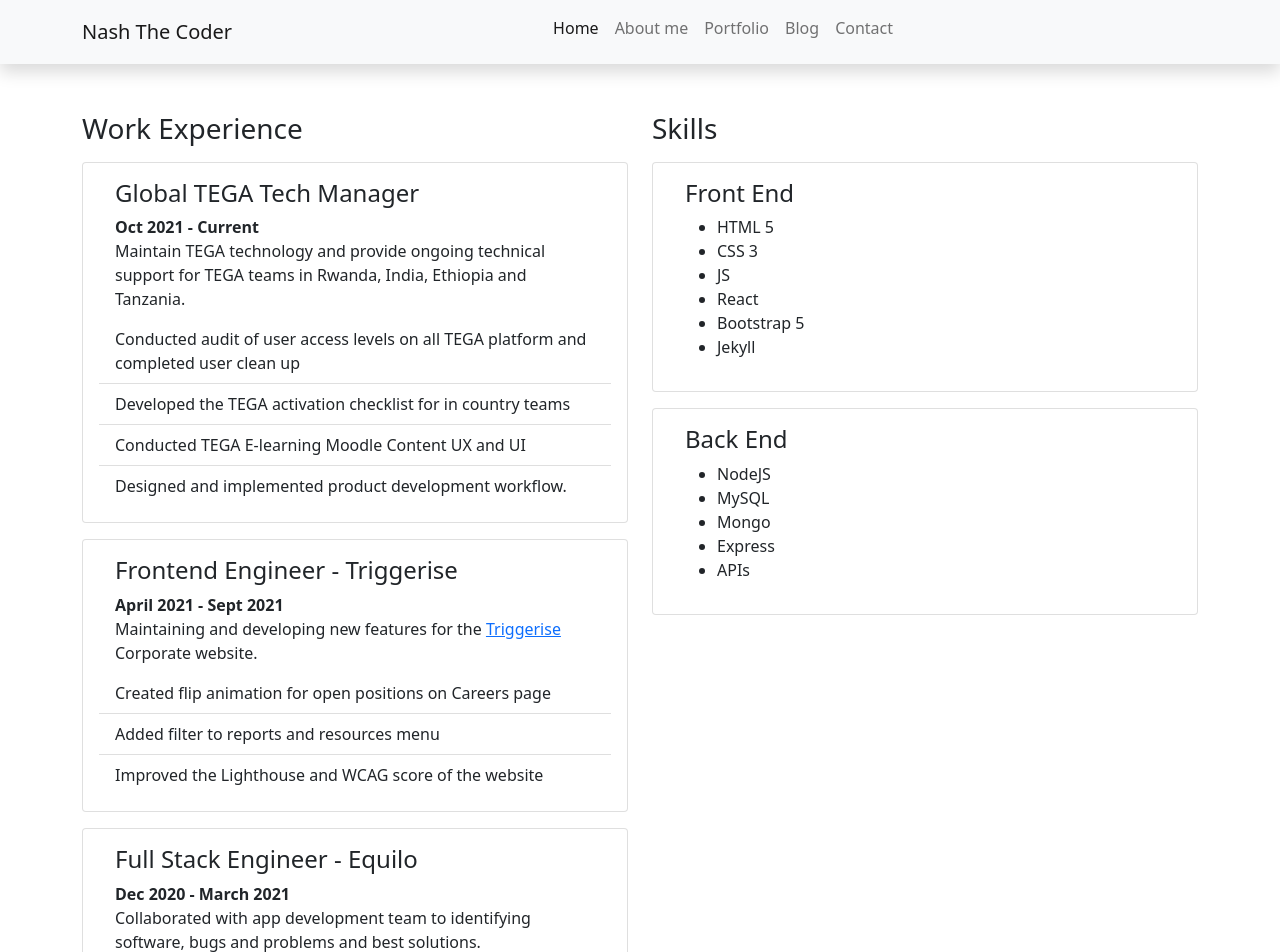
Repository: mamatechafrica/portfolio
Page: index.html
These files come from the project's save history. The page is drawn as it stood at one moment and after the next save; the edit follows.
The browser window is 1280 px wide. The pictures show the part of the page from y = 0 to 952 px (the page is 1704 px tall).
Some icons come from a web library that is not loaded, so they are not drawn. Some web libraries are served in a nearby version.

Above is the page before, as saved 2022-01-06 15:22:58.

After the next save:
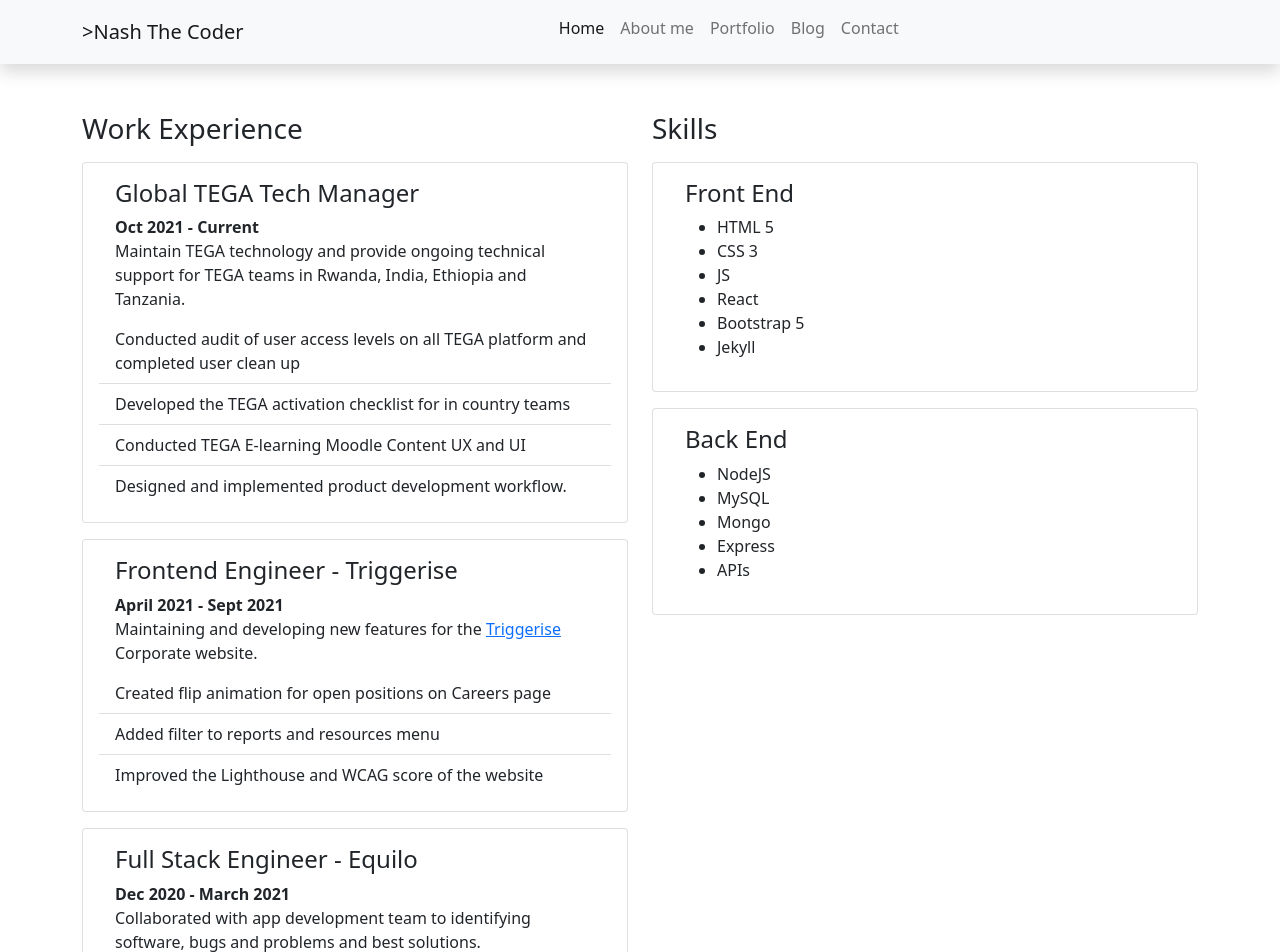
Saved 4 h 34 min later.
--- a/index.html
+++ b/index.html
@@ -25,7 +25,7 @@
         </div> -->
         <nav class="navbar navbar-expand-lg navbar-light bg-light shadow sticky-top">
             <div class="container">
-                <a class="navbar-brand" href="#">Nash The Coder <i class="fas fa-code-branch"></i></a>
+                <a class="navbar-brand" href="#"<strong></strong>>Nash The Coder <i class="fas fa-code-branch"></i></a>
                 <button class="navbar-toggler"
                     type="button"
                     data-bs-toggle="collapse"

After the 3 saves that followed:
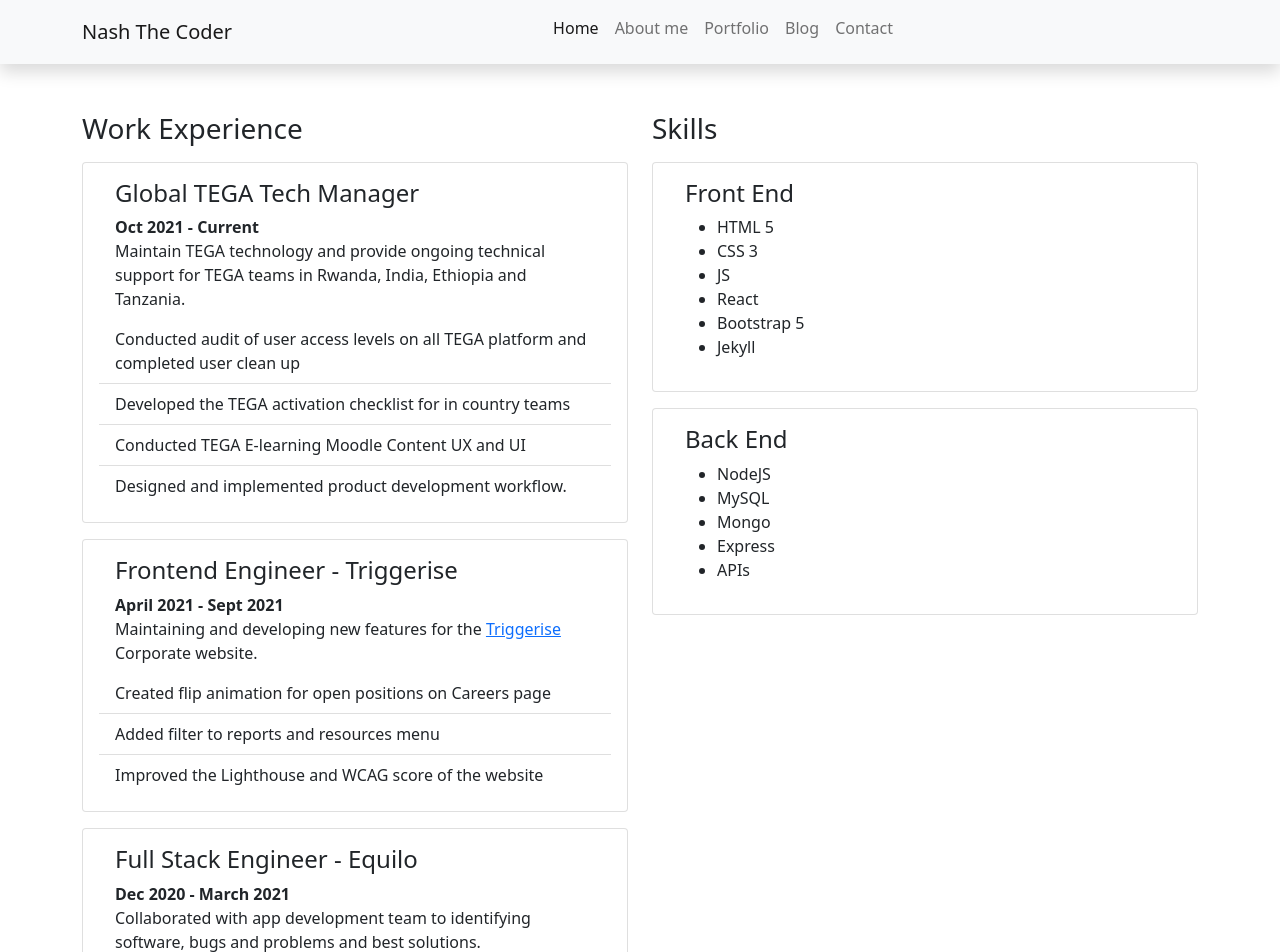
The 3 saves are shown as one change because they came seconds apart.
The last was saved 11 s later.
--- a/index.html
+++ b/index.html
@@ -25,7 +25,7 @@
         </div> -->
         <nav class="navbar navbar-expand-lg navbar-light bg-light shadow sticky-top">
             <div class="container">
-                <a class="navbar-brand" href="#"<strong></strong>>Nash The Coder <i class="fas fa-code-branch"></i></a>
+                <a class="navbar-brand" href="#">Nash The Coder <i class="fas fa-code-branch"></i></a>
                 <button class="navbar-toggler"
                     type="button"
                     data-bs-toggle="collapse"
